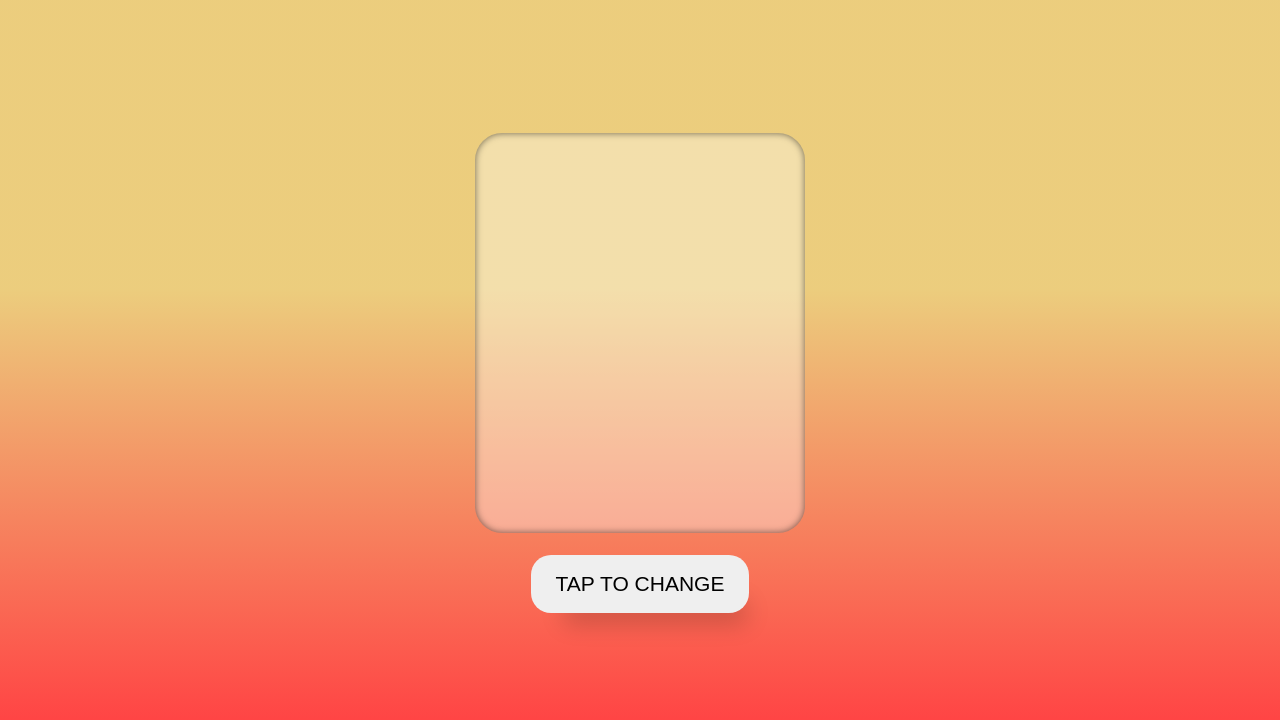
Repository: ThanhThn/profile
Page: index.html
An editor plug-in stored every save of this project. The page is shown before and after the next save, followed by the edit.
The browser window is 1280 px wide. The pictures show the whole page.
Some web fonts or font styles are not loaded; a fallback is used.

Above is the page before, as saved 2022-12-05 00:05:26.

### index.html
<!DOCTYPE html>
<html lang="en">
<head>
    <meta charset="UTF-8">
    <meta http-equiv="X-UA-Compatible" content="IE=edge">
    <meta name="viewport" content="width=device-width, initial-scale=1.0">
    <title>Document</title>
    <link rel="stylesheet" href="style.css">
</head>
<body>
    <div class="container">
        <div class="content"></div>
        <button class="btn">tap to change</button>
    </div>
</body>
</html>

### style.css
@import url('https://fonts.googleapis.com/css2?family=Kodchasan:wght@700&family=Pacifico&display=swap');
*{
    padding: 0;
    margin: 0;
    box-sizing: border-box;
}

body{
    background:  linear-gradient( to bottom, rgba(223, 172,39,60%) 40%, rgba(255,22,22,80%) 100% );
    width: 100%;
    height: 100vh;
}
.container{
    position: absolute;
    top: calc((100% - 454px)/2);
    left: calc((100% - 330px)/2);
    display: flex;
    flex-direction: column;
    align-items: center;
}

.content{
    width: 330px;
    height: 400px;
    background: rgba(255, 255, 255, 35%);
    border-radius: 27px;
    box-shadow: inset 0px 0px 7px rgba(0, 0, 0, 55%);
}

.btn{
    width: 218px;
    height: 58px;
    border-radius: 20px;
    border: none;
    margin: 22px;
    font-family: 'Kodchasan', sans-serif;
    font-size: 21px;
    text-transform: uppercase;
    box-shadow: rgba(0, 0, 0, .2) 15px 28px 25px -18px;
    background-position: 0 90%;
    background-repeat: repeat no-repeat;

}

.btn:hover {
    box-shadow: rgba(0, 0, 0, .3) 2px 8px 8px -5px;
    transform: translate3d(0, 2px, 0);
}


.btn:focus {
  box-shadow: rgba(0, 0, 0, .3) 2px 8px 4px -6px;
}

After the next save:
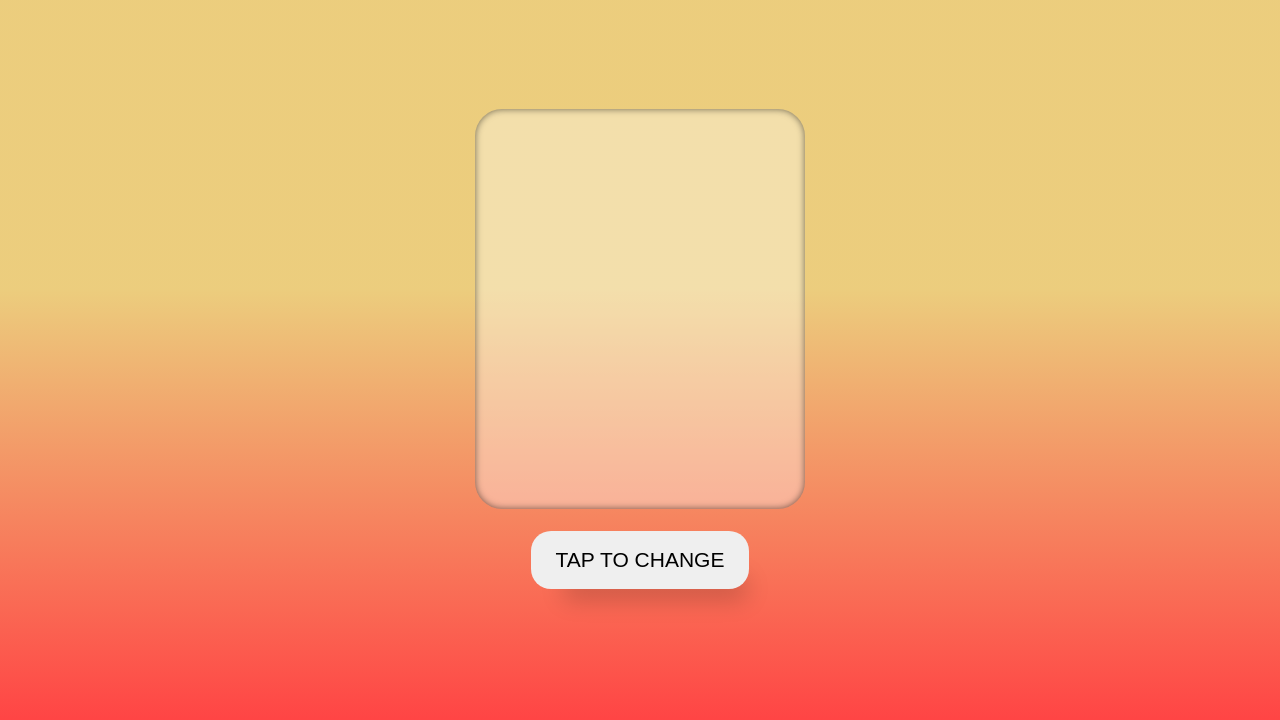
Saved 3 min 2 s later.
--- a/style.css
+++ b/style.css
@@ -12,8 +12,11 @@
 }
 .container{
     position: absolute;
-    top: calc((100% - 454px)/2);
-    left: calc((100% - 330px)/2);
+    position: relative;
+    top: 50%;
+    -webkit-transform: translateY(-50%);
+    -ms-transform: translateY(-50%);
+    transform: translateY(-50%);
     display: flex;
     flex-direction: column;
     align-items: center;

After the save that followed:
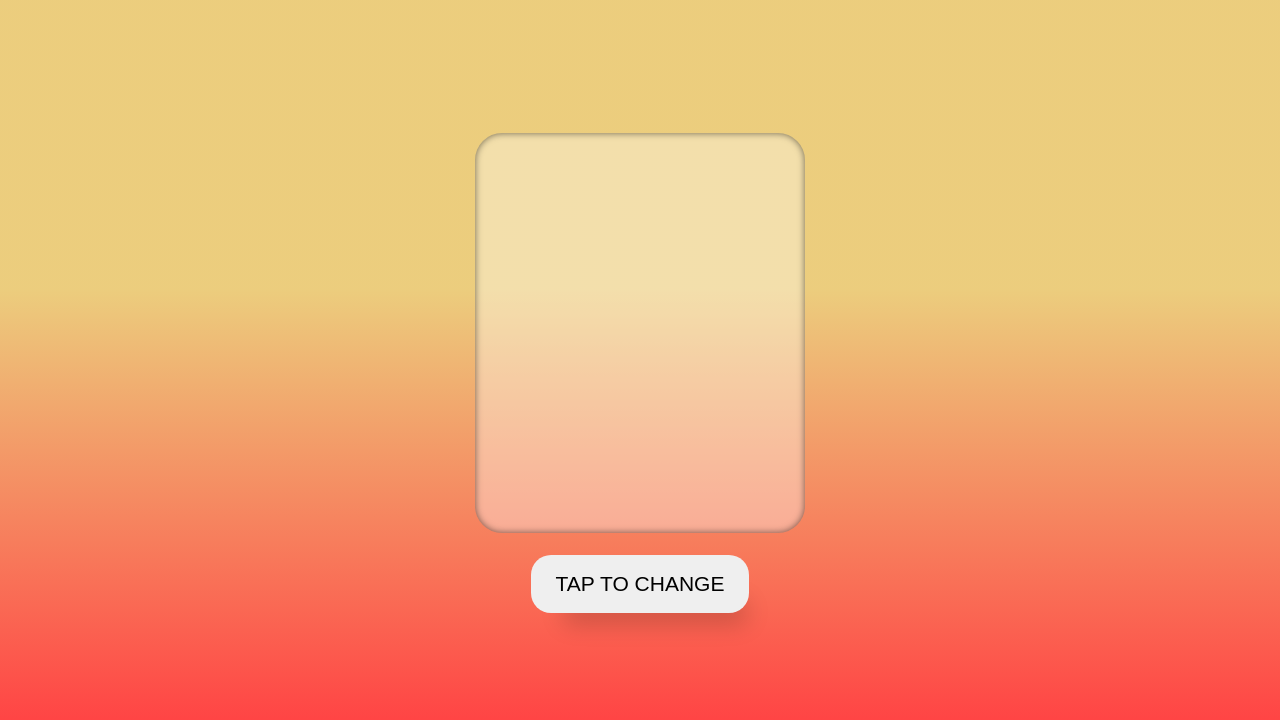
Saved 36 s later.
--- a/style.css
+++ b/style.css
@@ -12,11 +12,8 @@
 }
 .container{
     position: absolute;
-    position: relative;
-    top: 50%;
-    -webkit-transform: translateY(-50%);
-    -ms-transform: translateY(-50%);
-    transform: translateY(-50%);
+    top: calc((100% - 454px)/2);
+    left: calc((100% - 330px)/2);
     display: flex;
     flex-direction: column;
     align-items: center;
